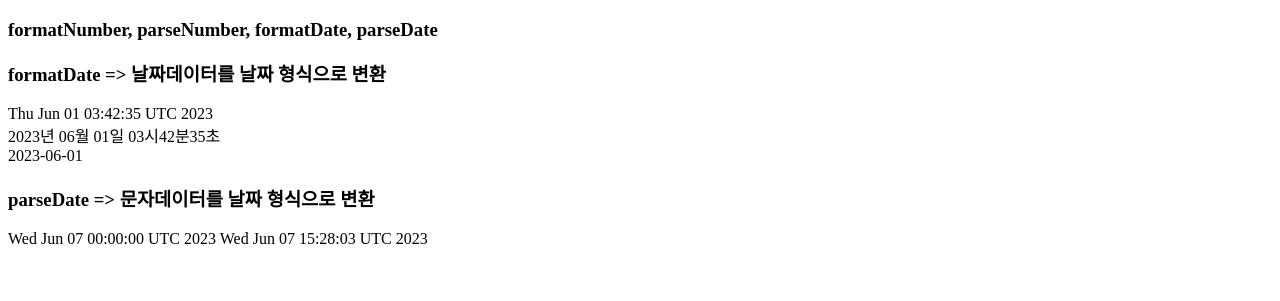
Repository: sun2898/JSP
Page: http://localhost/JSPBasic/JSTL/jstl_fmt.jsp
These files come from the project's save history. The page is drawn as it stood at one moment and after the next save; the edit follows.
The browser window is 1280 px wide. The pictures show the whole page.
The page is served by Tomcat 9.

Above is the page before, as saved 2023-06-07 06:28:49.

After the next save:
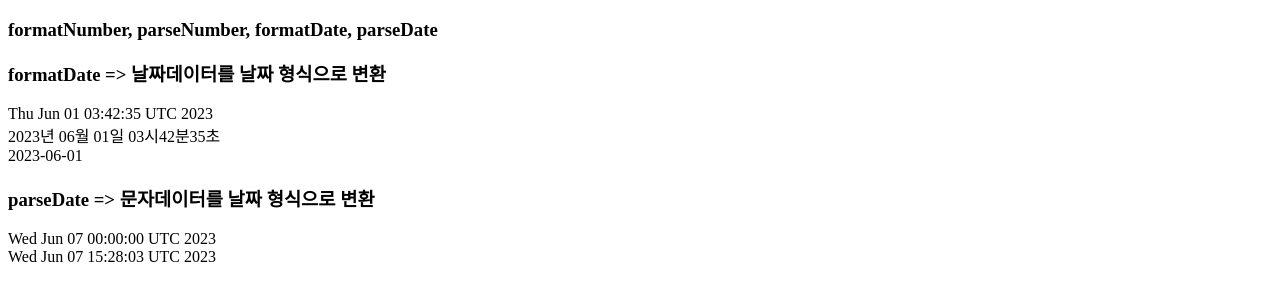
Saved 18 s later.
--- a/JSPBasic/src/main/webapp/JSTL/jstl_fmt.jsp
+++ b/JSPBasic/src/main/webapp/JSTL/jstl_fmt.jsp
@@ -36,7 +36,7 @@
 
 	<h3>parseDate => 문자데이터를 날짜 형식으로 변환</h3>
 
-	<fmt:parseDate value="2023-06-07" pattern="yyyy-MM-dd"/>
+	<fmt:parseDate value="2023-06-07" pattern="yyyy-MM-dd"/><br>
 	<fmt:parseDate value="2023년06월07일 15시28분03초" pattern="yyyy년MM월dd일 HH시mm분ss초"/>
 
 
